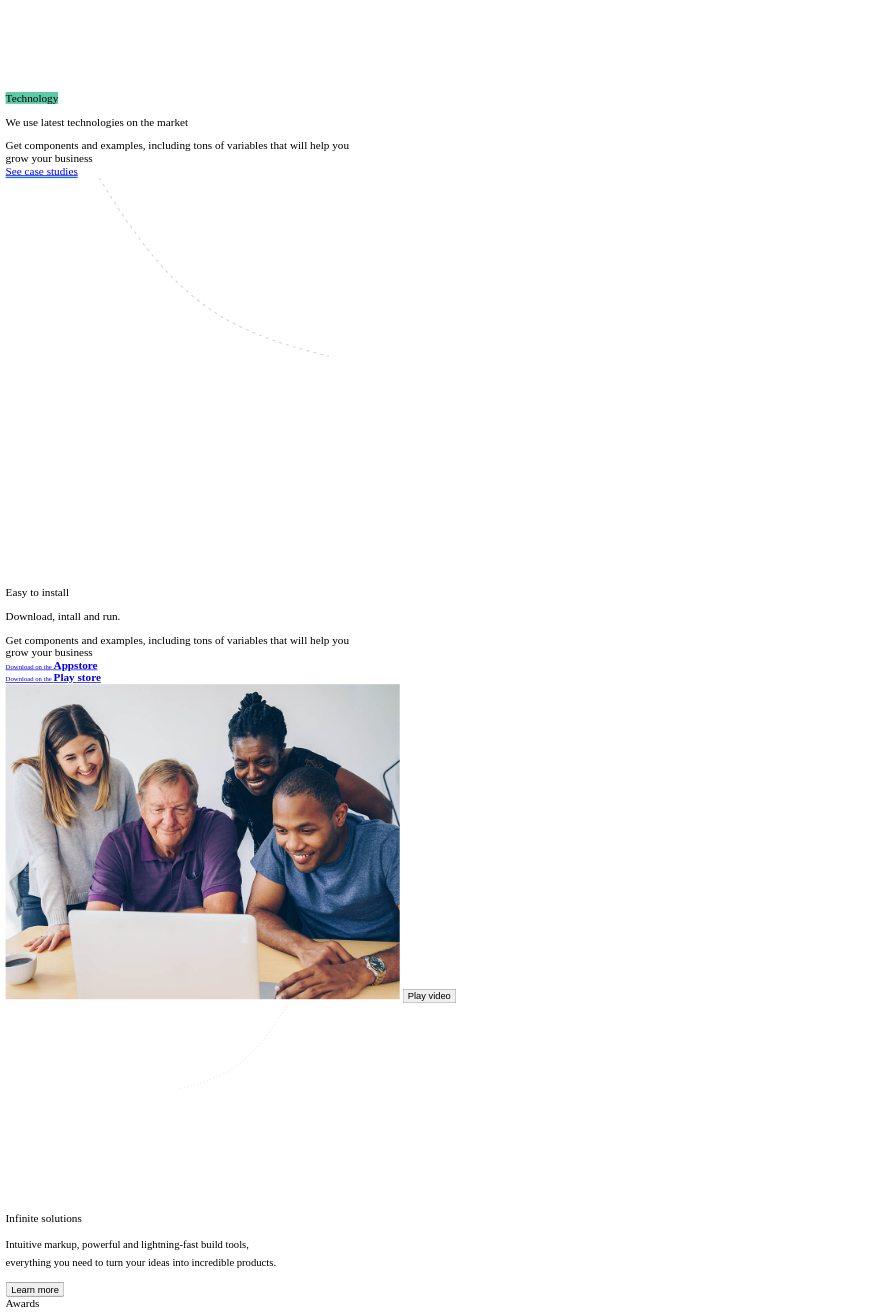
Repository: brandonc16/odoo-task
Page: components/hero.html
These files come from the project's save history. The page is drawn as it stood at one moment and after the next save; the edit follows.
The browser window is 1280 px wide. The pictures show the part of the page from y = 3759 to 5679 px (the page is 5637 px tall before and 5679 px after), at 70% of full size.

Above is the page before, as saved 2026-03-16 06:33:18.

### components/hero.html
<!-- SECTION CARD  -->
<div class="bg-primary text-white hero-style pb-10">
  <div class="pt-5">
    <div class="row align-items-center px-lg-10">
      <div class="col-12 col-lg-6 mb-5 mb-lg-0">
        <p class="display-4 fw-bold mb-4">Development done right</p>
        <p
          class="mb-4 text-white-50"
          style="font-size: 1.1rem; max-width: 400px"
        >
          Build a beautiful, modern website with flexible components built from
          scratch.
        </p>
        <button
          class="btn btn-light text-primary rounded-2 d-inline-flex align-items-center gap-2 fw-bold px-4 py-2 mb-5"
        >
          Get started <span class="fs-5">+</span>
        </button>

        <div class="d-flex align-items-center gap-4 flex-wrap mt-3">
          <span class="small text-white-50">Trusted by:</span>
          <span class="fw-bold d-flex align-items-center gap-1"
            ><i class="bi bi-google"></i>Google</span
          >
          <span class="fw-bold d-flex align-items-center gap-1"
            ><i class="bi bi-spotify"></i>Spotify</span
          >
          <span class="fw-bold fs-5">airbnb</span>
          <span class="fw-bold d-flex align-items-center gap-1"
            ><i class="bi bi-paypal"></i>PayPal</span
          >
        </div>
      </div>
      <div class="col-12 col-lg-6">
        <div
          class="card bg-white border-0 shadow-lg p-4 text-dark"
          style="
            border-radius: 1.5rem 1.5rem 4.5rem 1.5rem;
            max-width: 420px;
            margin: 0 auto;
          "
        >
          <div class="d-flex justify-content-between align-items-center mb-4">
            <p class="fw-bold" style="font-size: 0.85rem">Manage cards</p>
            <button
              class="btn btn-outline-secondary btn-sm px-3 rounded-2"
              style="font-size: 0.85rem"
            >
              Add new
            </button>
          </div>
          <div
            class="bg-card-dark text-white p-4 mb-4 shadow-sm"
            style="border-radius: 1rem"
          >
            <div class="d-flex justify-content-between align-items-start mb-4">
              <div class="d-flex">
                <a class="navbar-brand fw-fold fs-3" href="#">
                  <img
                    src="/assets/mastercard.svg"
                    alt="Odoo logo"
                    height="35"
                    class="d-inline-block align-text-top"
                  />
                </a>
              </div>
              <p
                class="badge bg-success text-success text-white border border-success border-opacity-25 px-2 py-1"
              >
                Active
              </p>
            </div>
            <p
              class="text-white-50 mb-1"
              style="font-size: 0.6rem; letter-spacing: 1px"
            >
              CARD NUMBER
            </p>
            <p class="mb-4" style="letter-spacing: 2px">
              4358 - 7421 - 9256 -6682
            </p>

            <div class="d-flex justify-content-between">
              <div>
                <p
                  class="text-white-50 mb-0"
                  style="font-family: 0.6rem; letter-spacing: 1px"
                >
                  NAME
                </p>
                <p class="mb-0 fw-bold small">John Snow</p>
              </div>
              <div>
                <p
                  class="text-white-50 mb-0"
                  style="font-family: 0.6rem; letter-spacing: 1px"
                >
                  EXPIRY DATE
                </p>
                <p class="mb-0 fw-bold small">11/23</p>
              </div>
            </div>
          </div>

          <div class="justify-content-between align-items-center mb-2">
            <div class="d-flex justify-content-between">
              <p class="mb-0 fw-bold">Starbucks</p>

              <span class="text-muted">$5,50 USD</span>
            </div>
            <p class="mb-0 text-muted" style="font-size: 0.85rem">
              Pending - San Francisco, United States
            </p>
            <hr
              class="text-secondary justify-content-between align-items-center mb-4"
            />

            <div class="d-flex justify-content-between">
              <p class="mb-0 fw-bold">Nike Sports</p>

              <span class="text-muted">$129,00 USD </span>
            </div>
            <p class="mb-0 text-muted" style="font-size: 0.85rem">
              Pending - Lisbon, Portugal
            </p>
            <hr
              class="text-secondary justify-content-between align-items-center mb-4"
            />

            <a href="#" class="text-decoration-underline text-primary"
              >View all</a
            >
          </div>
        </div>
      </div>
    </div>
  </div>
</div>
<!-- SECTION TOOLS -->

<div class="py-5 my-5">
  <div class="px-lg-10">
    <div class="row align-items-center">
      <div class="col-12 col-lg-6 mb-5 mb-lg-0">
        <div
          class="card border border-light border-1 shadow-sm p-4 p-lg-5 rounded-3 position-relative mt-n4 mt-lg-n5"
        >
          <div style="width: 90%">
            <p class="fw-bold mb-4 display-6">Awesome Projects</p>
            <div class="mb-4 p-3">
              <p class="fw-bold mb-2" style="font-size: 0.95">
                Create the new logo
              </p>
              <div class="progress rounded-pill" style="height: 6px">
                <div class="progress-bar- bg-warning" style="width: 45%"></div>
              </div>
            </div>
            <div class="mb-4 p-3">
              <p class="fw-bold mb-2" style="font-size: 0.95">
                Set up the color palette
              </p>
              <div class="progress rounded-pill" style="height: 6px">
                <div class="progress-bar- bg-warning" style="width: 60%"></div>
              </div>
            </div>

            <div class="mb-2 p-3">
              <div
                class="d-flex justify-content-between align-items-center mb-2"
              >
                <span class="fw-bold" style="font-size: 0.95rem">
                  Wireframe and prototype</span
                >
                <span style="font-size: 0.86rem"
                  >6:50 <i class="bi bi-chevron-right small"></i
                ></span>
              </div>

              <div class="progress rounded-pill" style="height: 6px">
                <div class="progress-bar- bg-warning" style="width: 80%"></div>
              </div>
            </div>
          </div>
        </div>
      </div>

      <div
        class="col-12 col-lg-5 offset-lg-1 text-center text-lg-start mt-5 mt-lg-0"
      >
      <span
      class="badge bg-warning text-white px-3 py-2 rounded-pill mb-4 fs-6"
    >
     Tools
    </span>
        <p class="display-5  mb-4">
          We build for designers and developers

        </p>
        <p
          class="text-muted fs-5 mb-3"
          style="max-width: 500px; margin: 0 auto"
        >
          Get components and examples, including tons of variables that will
          help you grow your bussines.
        </p>

        <div
          class="mt-4 mt-lg-5"
          style="width: 100%; max-width: 400px; z-index: 9999"
        >
          <div class="rounded-2 overflow-hidden shadow-sm position-relative">
            <img
              src="/assets/img_01.jpg"
              alt="Team working"
              height="55"
              class="img-fluid w-100"
              style="height: 200px; object-fit: cover"
            />
            <button
              class="btn btn-light position-absolute top-0 end-0 m-3 fw-bold shadow-sm d-flex align-items-center gap-2 rounded-3"
            >
              Play video <i class="bi bi-play-fill"></i>
            </button>
          </div>
        </div>
      </div>
    </div>
  </div>
</div>

<svg
  class="position-absolute"
  style="
    top: 167%;
    left: 25%;
    z-index: 0;
    pointer-events: none;
    width: 50%;
    height: 83%;
  "
  viewBox="0 0 500 800"
  fill="none"
  xmlns="http://www.w3.org/2000/svg"
>
  <path
    d="M0,0 C150,250 250,300 450,350"
    stroke="#ced4da"
    stroke-width="2"
    stroke-dasharray="6 8"
    fill="none"
  />

  <!--   <path
    d="M400,600 C300,750 250,850 100,1000"
    stroke="#ced4da"
    stroke-width="2"
    stroke-dasharray="6 8"
    fill="none"
  /> -->
</svg>

<!-- SECTION FEATURES -->

<div class="py-5 my-5 position-relative overflow-hidden">
  <div class="row px-lg-10 align-items-center">
    <div class="col-12 col-lg-5 mb-5 mb-lg-0">
      <span
        class="badge text-white px-3 py-2 rounded-pill mb-4 fs-6"
        style="background-color: #5ccaa7"
      >
        Features
      </span>


      <p class="display-6 mb-4">
        Get components and examples, including tons of variables that will help
        you grow your business.

      </p>


      <div class="d-flex flex-column gap-3">
        <div class="d-flex align-items-center gap-3">
          <i class="bi bi-check-circle-fill fs-5" style="color: #5ccaa7"></i>
          <p class="fw-medium mt-3" style="color: #5ccaa7">
            Perfect for modern startups
          </p>
        </div>
      </div>
      <div class="d-flex flex-column gap-3">
        <div class="d-flex align-items-center gap-3">
          <i class="bi bi-check-circle-fill fs-5" style="color: #5ccaa7"></i>
          <p class="fw-medium mt-3" style="color: #5ccaa7">
            Fully customizable and scalable
          </p>
        </div>
      </div>
    </div>

    <div class="col-12 col-lg-6 offset-lg-1">
      <div class="position-relative shadow-lg rounded-3 overflow-hidden;">
        <img
          src="/assets/img_02.jpg"
          alt="Team working"
          height="auto"
          class="img-fluid w-100"
          style="height: 450px; object-fit: cover"
        />
        <button
          class="btn btn-light position-absolute top-0 end-0 m-3 fw-bold shadow-sm d-flex align-items-center gap-2 rounded-3"
        >
          Play video <i class="bi bi-play-fill"></i>
        </button>
      </div>
    </div>
  </div>
</div>

<!-- Section technology -->

<svg
  class="position-absolute"
  style="
    top: 243%;
    left: 25%;
    z-index: 0;
    pointer-events: none;
    width: 50%;
    height: 83%;
    transform: scaleX(-1);
  "
  viewBox="0 0 500 800"
  fill="none"
  xmlns="http://www.w3.org/2000/svg"
>
  <path
    d="M0,0 C150,250 250,300 450,350"
    stroke="#ced4da"
    stroke-width="2"
    stroke-dasharray="6 8"
    fill="none"
  />
</svg>

<!-- section technology -->

<div class="py-5 my-5 position-relative overflow-hidden">
  <div class="px-lg-10 position-relative" style="z-index: 1">
    <div class="row align-items-center">
      <div class="col-12 col-lg-6 mb-5 mb-lg-0">
        <div class="row g-4 align-items-center">
          <div class="col-12 col-sm-6">
            <div class="card border-0 shadow-sm rounded-2 overflow-hidden">
              <img src="/assets/person_03.jpg" alt="JH" style="height: 300px; object-fit: cover" />

              <div
                class="card-body d-flex align-items-center justify-content-between p-4"
              >
                <div class="d-flex align-items-center gap-2">
                  <div
                    class="rounded-circle bg-warning text-white d-flex align-items-center justify-content-center fw-bold"
                    style="width: 35px; height: 35px; font-size: 0.8rem"
                  >
                    JH
                  </div>
                  <span class=" mb-0" style="font-size: 0.9">
                    Jimmy Hendrix</span
                  >
                </div>
                <i class="bi bi-heart" style="cursor: pointer"></i>
              </div>

            </div>

            <div class="card border-0 shadow-sm rounded4 p-3 d-lfex flex-row align-items-center gap-3 mt-5">
              <div class="rounded-circle bg-success bg-opacity-50 text-white d-flex align-items-center justify-content-center flex shrink-0"
              style="width: 45px; height:45px">
             <i class="bi bi-check-lg fs-5"></i>
             </div>
             <div>
               <p class=" mb-0" style="font-size: 0.95">
                 300 + components
               </p>
               <p class="text-muted mb-0" style="font-size: 0.8rem">
                 Built to be customized
               </p>
             </div>
             </div>

          </div>




            <div class="col-12 col-sm-6 mt-sm-5">
              <div
                class="card border border-light border-1 shadow-sm rounded-3 mb-4 p-4 text-center d-flex flex-column justify-content-center"
                style="min-height: 290px"
              >
                <div class="mb-3 fs-4 fw-bold">
                  <img src="/assets/airbnb.svg" alt="airbnb logo" style="height: 50px" />
                </div>
                <div
                  class="text-warining mb-2 fs-6 gap-1 d-flex justify-content-center"
                >
                  <i class="bi bi-star-fill text-warning"></i>
                  <i class="bi bi-star-fill text-warning"></i>
                  <i class="bi bi-star-fill text-warning"></i>
                  <i class="bi bi-star-fill text-warning"></i>
                  <i class="bi bi-star text-secondary"></i>
                </div>
                <p class=" mb-1">4.95 out of 5 stars</p>
                <p class="text-muted mb-0">from 23 reviews</p>
              </div>

              <div
                class="card border border-light border-1 shadow-sm rounded-3 mb-4 p-4 text-center d-flex flex-column justify-content-center"
                style="min-height: 290px"
              >
                <div
                  class="rounded-circle bg-dark text-white mx-auto d-flex align-items-center justify-content-center mb-3"
                  style="width: 50px; height: 50"
                >
                <img src="/assets/company_01.png" class="rounded-circle" alt="airbnb logo" style="height: 50px" />
                </div>
                <div
                  class="text-warining mb-2 fs-6 gap-1 d-flex justify-content-center"
                >
                  <p class=" mb-3">Website UI Kit</p>
                </div>

                <div class="d-flex justify-content-center m-b">
                  <img
                  src="/assets/person_01.jpg"
                    alt="img"
                    class="rounded-circle border border-2 border-white"
                    style="
                      width: 37px;
                      height: 37px;
                      margin-right: -10px;
                      z-index: 3;
                    "
                  />
                  <img
                  src="/assets/person_02.jpg"
                    alt="img"
                    class="rounded-circle border border-2 border-white"
                    style="
                      width: 37px;
                      height: 37px;
                      margin-right: -10px;
                      z-index: 3;
                    "
                  />
                  <img
                  src="/assets/person_03.jpg"
                  alt="img"
                  class="rounded-circle border border-2 border-white"
                  style="
                    width: 37px;
                    height: 37px;
                    margin-right: -10px;
                    z-index: 3;
                  "
                />
                </div>
                <hr
                class="text-secondary justify-content-between align-items-center "
              />
                <div
                  class="d-flex justify-content-center gap-4 text-muted small mt-auto pt-2"
                >
                  <i class="bi bi-paperclip" style="cursor: pointer"></i>
                  <i class="bi bi-eye" style="cursor: pointer"></i>
                  <i class="bi bi-heart" style="cursor: pointer"></i>
                </div>
              </div>
            </div>
          </div>
        </div>
        <div
          class="col-12 col-lg-5 offset-lg-1 mt-5 mt-lg-0 text-center text-lg-start"
        >
          <span
            class="badge bg-primary text-white px-3 py-2 rounded-pill mb-4 fs-6"
            style="background-color: #5ccaa7"
          >
            Technology
          </span>


          <p class="display-5 mb-4">We use latest technologies on the market</p>

          <p
            class="text-muted fs-5 mb-4"
            style="max-width: 500px; margin: 0 auto 0 0"
          >
            Get components and examples, including tons of variables that will
            help you grow your business
          </p>
          <a
            href="#"
            class="text-primary text-decoration-none fw-medium pb-1"
            style="border-bottom: 2px solid #0d6efd"
            >See case studies</a
          >
        </div>


        </div>
      </div>

</div>

<svg
  class="position-absolute"
  style="
    top: 320%;
    left: 25%;
    z-index: 0;
    pointer-events: none;
    width: 50%;
    height: 83%;
  "
  viewBox="0 0 500 800"
  fill="none"
  xmlns="http://www.w3.org/2000/svg"
>
  <path
    d="M0,0 C150,250 250,300 450,350"
    stroke="#ced4da"
    stroke-width="2"
    stroke-dasharray="6 8"
    fill="none"
  />

  <!--   <path
    d="M400,600 C300,750 250,850 100,1000"
    stroke="#ced4da"
    stroke-width="2"
    stroke-dasharray="6 8"
    fill="none"
  /> -->
</svg>

<!-- section install -->

<div class="py-5 my-5 position-relative overflow-hidden">
  <div class="row px-lg-10 align-items-center">
    <div class="col-12 col-lg-5 mb-5 mb-lg-0">
      <span
        class="badge bg-warning text-white px-3 py-2 rounded-pill mb-4 fs-6"

      >
       Easy to install
      </span>

      <p class="display-6 mb-4"> Download, intall and run.</p>
      <p
      class="text-muted fs-5 mb-4"
      style="max-width: 500px; margin: 0 auto 0 0"
    >
      Get components and examples, including tons of variables that will
      help you grow your business
    </p>

      <div class="d-flex flex-wrap gap-3">
        <a href="#" class="btn btn-dark btn-lg px-4 d-flex align-items-center">
          <i class="bi bi-apple me-2 fs-2"></i>
          <div class="text-start">
            <small class="d-block" style="font-size:0.6rem">Download on the </small>
            <strong>Appstore</strong>
          </div>

        </a>
        <a href="#" class="btn btn-dark btn-lg px-4 d-flex align-items-center">
          <i class="bi bi-google-play me-2 fs-2"></i>
          <div class="text-start">
            <small class="d-block" style="font-size:0.6rem">Download on the </small>
            <strong>Play store</strong>
          </div>

        </a>
      </div>
    </div>

    <div class="col-12 col-lg-6 offset-lg-1">
      <div class="position-relative shadow-lg rounded-3 overflow-hidden;">
        <img
          src="/assets/img_03.jpg"
          alt="Team working"
          height="auto"
          class="img-fluid w-100"
          style="height: 450px; object-fit: cover"
        />
        <button
          class="btn btn-light position-absolute top-0 end-0 m-3 fw-bold shadow-sm d-flex align-items-center gap-2 rounded-3"
        >
          Play video <i class="bi bi-play-fill"></i>
        </button>
      </div>
    </div>
  </div>
</div>

<svg
  class="position-absolute"
  style="
    top: 409%;
    left: 29%;
    z-index: 0;
    pointer-events: none;
    width: 50%;
    height: 40%;
    transform: scaleX(-1);
  "
  viewBox="0 0 500 800"
  fill="none"
  xmlns="http://www.w3.org/2000/svg"
>
  <path
    d="M0,0 C150,250 250,300 450,350"
    stroke="#ced4da"
    stroke-width="2"
    stroke-dasharray="6 8"
    fill="none"
  />
</svg>

<!-- section call to action  -->

<div class="px-lg-10 py-5 my-5">
    <div class="bg-card-dark text-white p-4 p-lg-5 shadow-lg" style="border-radius:0 5rem 0 5rem; ">
      <div class="row align-items-center p-lg-3">
        <div class="col-12 col-lg-8 mb-4  mb-lg-0">
          <p class="fw-bold mb-3 fs-2">Infinite solutions</p>
      <p class="text-white mb-0" style="max-width:600px; line-height:1.6rem; font-size:0.95rem">
        Intuitive markup, powerful and lightning-fast build tools, <br>
        everything you need to turn your ideas into incredible products.</p>
        </div>
        <div class="col-12 col-lg-4 text-start text-lg-end">
          <button class="btn btn-light text-dark fw-bold px-4 py-2 rounded-2 d-inline-flex align-items-center gap-2 ">
            Learn more <i class="bi bi-arrow-right"></i>
          </button>
        </div>
      </div>

    </div>
</div>


<!-- section awards -->

<div class="bg-light py-5 my-5">
  <div class="mb-5 text-center text-lg-start px-lg-10">
    <span
    class="badge bg-primary text-white px-3 py-2 rounded-pill mb-4 fs-6"

  >
   Awards
  </span>
     </div>
</div>

After the next save:
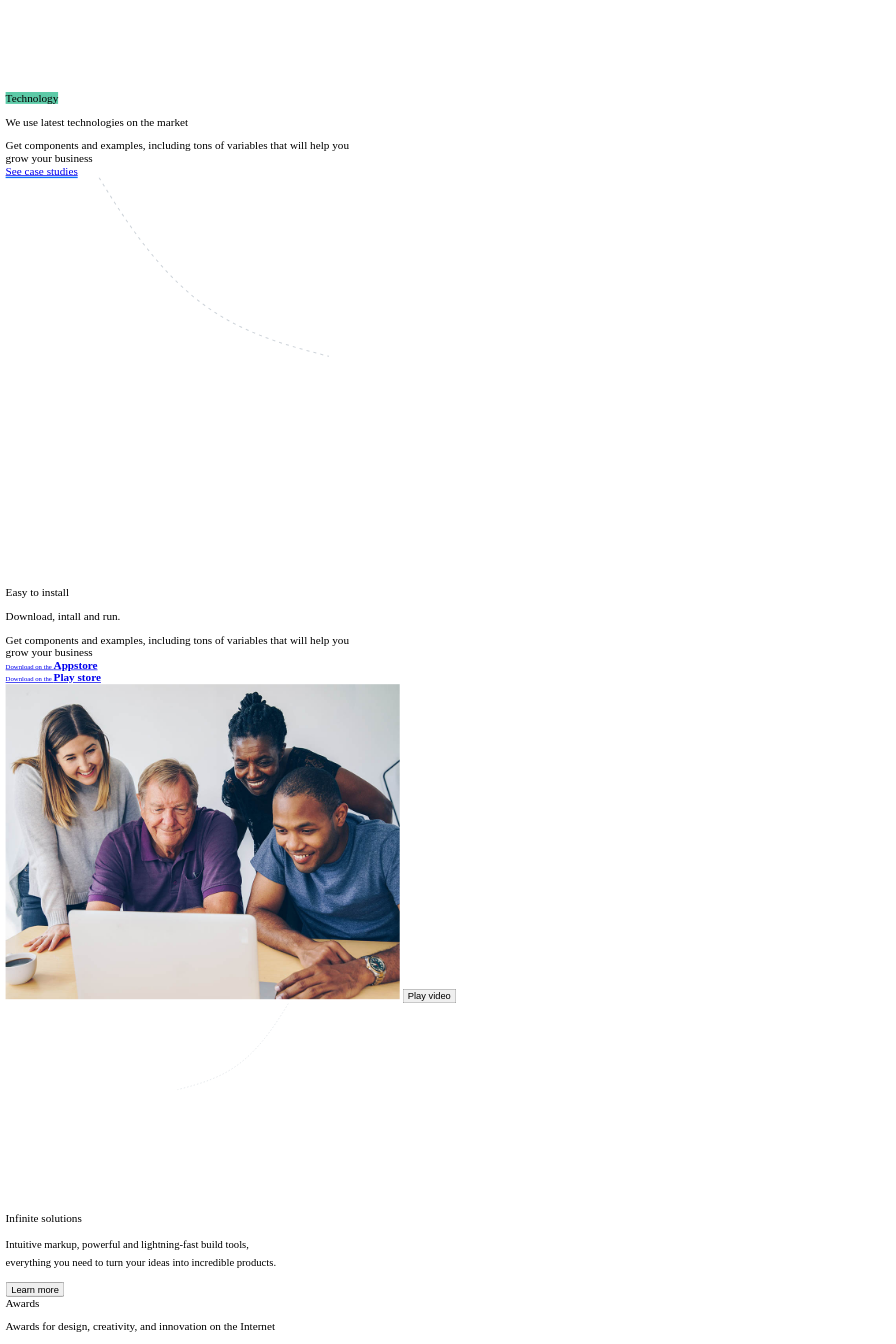
Saved 115 s later.
--- a/components/hero.html
+++ b/components/hero.html
@@ -659,5 +659,6 @@
   >
    Awards
   </span>
+  <p class="fs-4 fw-bold">Awards for design, creativity, and innovation on the Internet</p>
      </div>
 </div>
